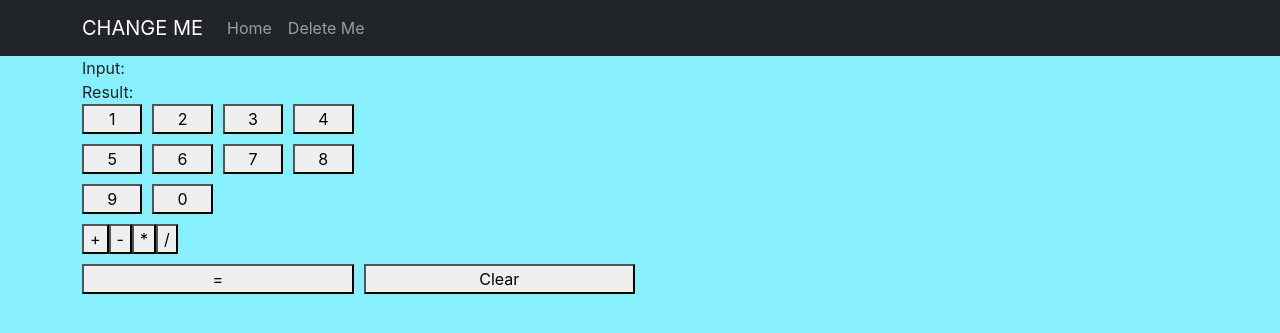
Repository: jgramirez0210/calculator-react
Page: /
These files come from the project's save history. The page is drawn as it stood at one moment and after the next save; the edit follows.
The browser window is 1280 px wide. The pictures show the whole page.
The project was rebuilt for these pictures with package versions that can differ from the ones it lists, and the page was loaded fresh each time. The framework's server and built-in components were replaced by stand-ins that run in the browser. Also part of the build but not shown: next.config.js.

Above is the page before, as saved 2024-01-09 20:27:07.

After the next save:
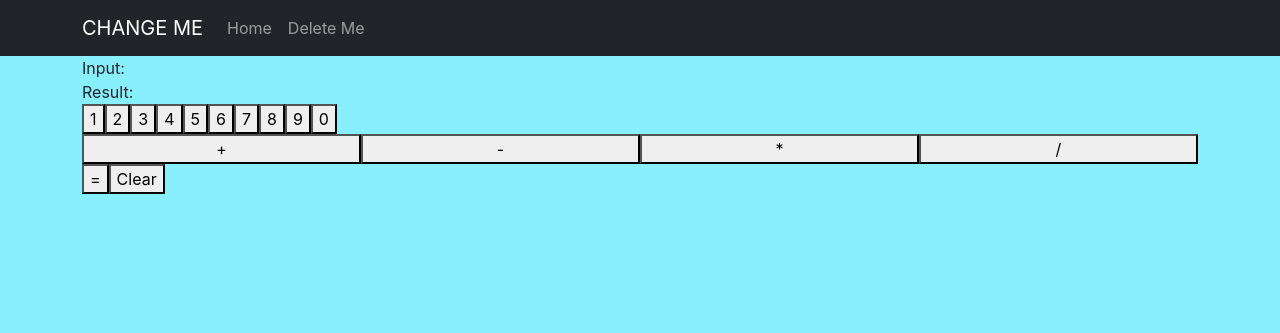
Saved 14 s later.
--- a/styles/globals.css
+++ b/styles/globals.css
@@ -21,17 +21,45 @@ body {
   background-color: #88effd;
 }
 
-.calculator-grid {
+.calculator {
   display: grid;
-  grid-template-columns: repeat(4, 1fr);
-  gap: 10px;
+  grid-template-columns: repeat(4, 1fr); /* Creates a 4-column layout */
+  gap: 10px; /* Sets the gap between grid items */
+  background-color: #80ced6; /* Calculator background color */
+  padding: 20px; /* Padding around the calculator */
+  max-width: 300px; /* Maximum width of the calculator */
+  margin: auto; /* Center the calculator */
 }
-.calculator-numbers {
+
+.calculator-display,
+.calculator-grid,
+.calculator-operators {
+  display: contents; /* Use display: contents to allow child elements to use grid layout directly */
+}
+
+.calculator-button {
+  background-color: #fff; /* Button background color */
+  border: 2px solid #000; /* Button border */
+  font-size: 1rem; /* Button font size */
+  padding: 10px; /* Button padding */
+  cursor: pointer; /* Cursor pointer when hovering over buttons */
+}
+
+.calculator-display input {
+  grid-column: span 4; /* Display input spans all 4 columns */
+  padding: 10px; /* Padding for the input field */
+  font-size: 1rem; /* Font size for the input field */
+}
+
+/* Add styles for your result display here */
+.calculator-result {
+  grid-column: span 4; /* Result display spans all 4 columns */
+  /* Additional styling for the result display */
+}
+
+/* If you want to nest operators under the digits */
+.calculator-operators {
+  grid-column: span 4; /* Operator buttons span all 4 columns */
   display: grid;
-  grid-template-columns: repeat(4, 1fr);
-  gap: 10px;
+  grid-template-columns: repeat(4, 1fr); /* Creates a nested 4-column layout for operators */
 }
-.calculator-operators {
-  grid-column: span 4;
-  grid-template-columns: repeat(4, 1fr);
-}
